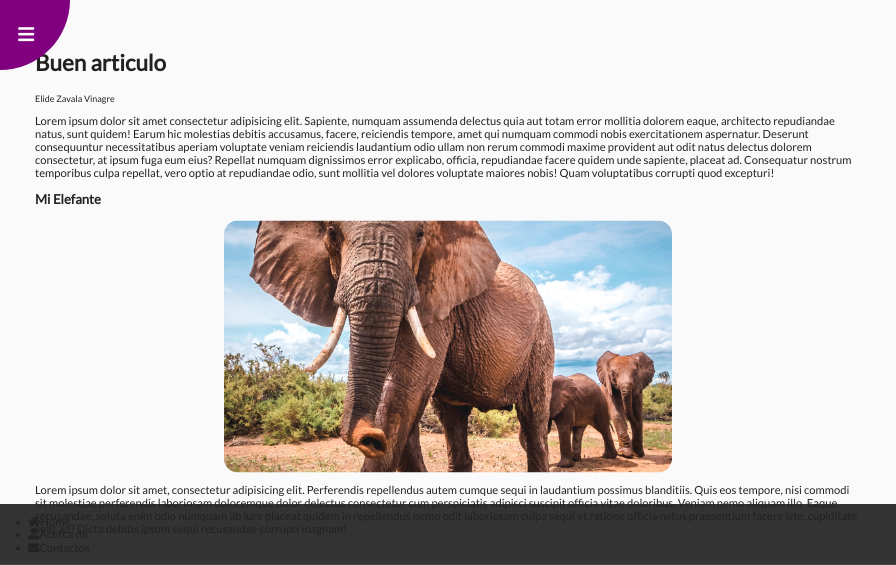
Repository: ElideZavala/Navagacion-en-rotacion
Page: index.html
An editor plug-in stored every save of this project. The page is shown before and after the next save, followed by the edit.
The browser window is 1280 px wide. The pictures show the part of the page from y = 0 to 1920 px (the page is 807 px tall before and 2953 px after), at 70% of full size.

Above is the page before, as saved 2021-05-29 09:30:30.

### index.html
<!DOCTYPE html>
<html lang="en">
<head>
	<meta charset="UTF-8">
	<meta http-equiv="X-UA-Compatible" content="IE=edge">
	<meta name="viewport" content="width=device-width, initial-scale=1.0">
	<link rel="stylesheet" href="https://cdnjs.cloudflare.com/ajax/libs/font-awesome/5.15.3/css/all.min.css" integrity="sha512-iBBXm8fW90+nuLcSKlbmrPcLa0OT92xO1BIsZ+ywDWZCvqsWgccV3gFoRBv0z+8dLJgyAHIhR35VZc2oM/gI1w==" crossorigin="anonymous" referrerpolicy="no-referrer" />
	<link rel="stylesheet" href="style.css">
	<link rel="stylesheet" href="normalize.css">
	<title>Navegación Giratoria</title>
</head>
<body>
	<div class="container">
		<div class="circle-container">
			<div class="circle">
				<button id="close">
					<i class="fas fa-times"></i>
				</button>
				<button id="open">
					<i class="fas fa-bars"></i>
				</button>
			</div>
		</div>

		<div class="content">
			<h1 class="title">Buen articulo</h1>
			<small>Elide Zavala Vinagre</small>
			<p>Lorem ipsum dolor sit amet consectetur adipisicing elit. Sapiente, numquam assumenda delectus quia aut totam error mollitia dolorem eaque, architecto repudiandae natus, sunt quidem! Earum hic molestias debitis accusamus, facere, reiciendis tempore, amet qui numquam commodi nobis exercitationem aspernatur. Deserunt consequuntur necessitatibus aperiam voluptate veniam reiciendis laudantium odio ullam non rerum commodi maxime provident aut odit natus delectus dolorem consectetur, at ipsum fuga eum eius? Repellat numquam dignissimos error explicabo, officia, repudiandae facere quidem unde sapiente, placeat ad. Consequatur nostrum temporibus culpa repellat, vero optio at repudiandae odio, sunt mollitia vel dolores voluptate maiores nobis! Quam voluptatibus corrupti quod excepturi!</p>

			<h3 class="title">Mi Elefante</h3>
			<img class="img" src="./Elefante.jpg" alt="Elefante">
			<p>Lorem ipsum dolor sit amet, consectetur adipisicing elit. Perferendis repellendus autem cumque sequi in laudantium possimus blanditiis. Quis eos tempore, nisi commodi sit molestiae perferendis laboriosam doloremque dolor delectus consectetur cum perspiciatis adipisci suscipit officia vitae doloribus. Veniam nemo aliquam illo. Eaque recusandae, soluta enim odio numquam ab iure placeat quidem in repellendus nemo odit laboriosam culpa sequi et ratione officia natus praesentium facere iste, cupiditate velit ad? Dicta debitis ipsum sequi recusandae corrupti magnam!</p>
		</div>
	</div>

	<nav>
		<ul>
			<li><i class="fas fa-home"></i>Home</li>
			<li><i class="fas fa-user-alt"></i>Acerca de</li>
			<li><i class="fas fa-envelope"></i>Contactos</li>
		</ul>
	</nav>



	<script src="./script.js"></script>
</body>
</html>

### style.css
@import url('https://fonts.googleapis.com/css?family=Lato&display=swap');

* {
	box-sizing: border-box;
}

body {
	font-family: 'Lato', sans-serif;
	background-color: #333;
	color: #222;
	overflow: hidden;
	margin: 0;
}

.container {
	background-color: #fafafa;
	transform-origin: top left;
	transition: transform 0.5s linear;
	width: 100vw;
	height: 100vh;
	padding: 50px;
}

.container.show-nav {
	transform: rotate(-20deg);
}

.img{
	width: 50vw;
	height: 50vh;
	display: flex;
	border-radius: 20px;
	object-fit: cover;
	margin: auto;
}

.circle-container {
	position: fixed;
	top: -100px;
	left: -100px;
}

.circle {
	background-color: purple;
	height: 200px;
	width: 200px;
	border-radius: 50%;
	position: relative;
	transition: transform 0.5s linear;
}

.circle button {
	cursor: pointer;
	position: absolute;
	top: 50%;
	left: 50%;
	height: 100px;
	background: transparent;
	border: 0;
	font-size: 26px;
	color: #fff;
}

.circle button:focus {
	outline: none;
}

.circle button#open {
	left: 60%;
}

.circle button#close {
	top: 60%;
	transform: rotate(90deg);
	transform-origin: top left;
	cursor: pointer;
}

Loaded but not shown: normalize.css (library); script.js (no stored copy; drawn as an empty file)

After the next save:
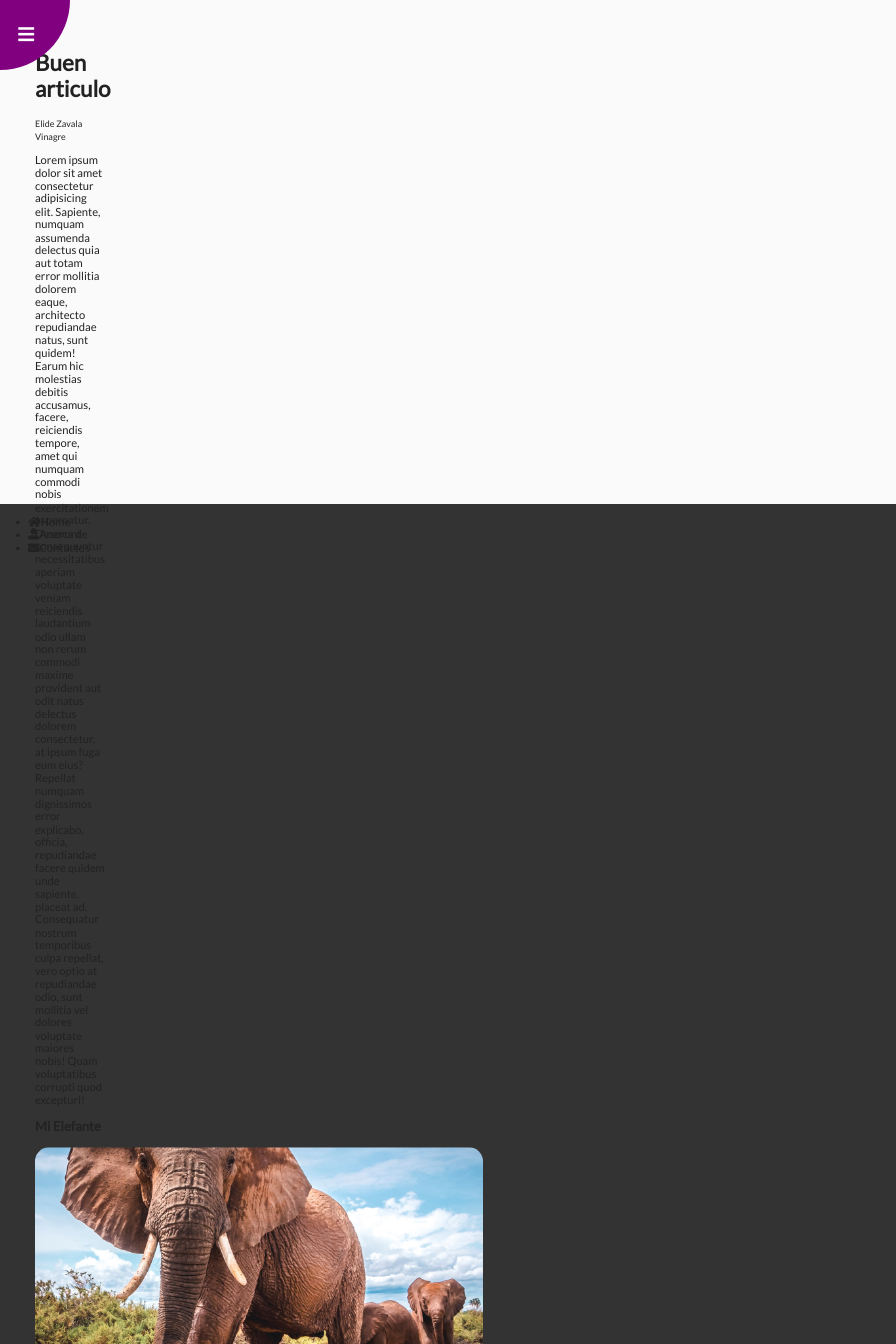
Saved 4 min 56 s later.
--- a/style.css
+++ b/style.css
@@ -75,3 +75,7 @@ body {
 	transform-origin: top left;
 	cursor: pointer;
 }
+
+.content {
+	max-width: 100px;
+}
